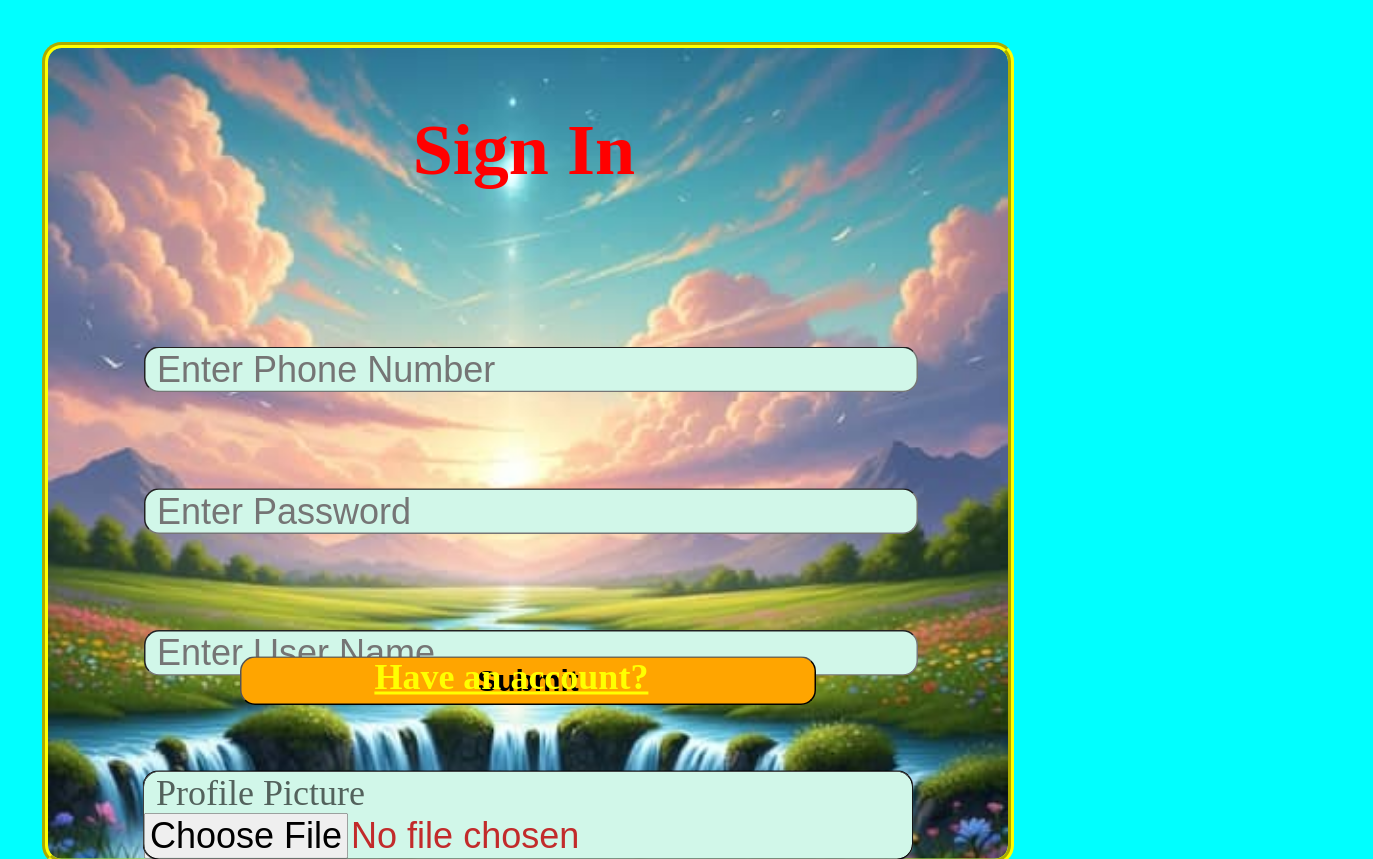
Repository: Amani-Kibet/express-app-web
Page: pages/signup/signIn.html
An editor plug-in stored every save of this project. The page is shown before and after the next save, followed by the edit.
The browser window is 1280 px wide. The page is 1830 px wide, then 1344 px, so the pictures cover 1830 px, including what lies to the right of the window. The pictures show the whole page, at 75% of full size.

Above is the page before, as saved 2025-09-28 18:09:18.

After the next save:
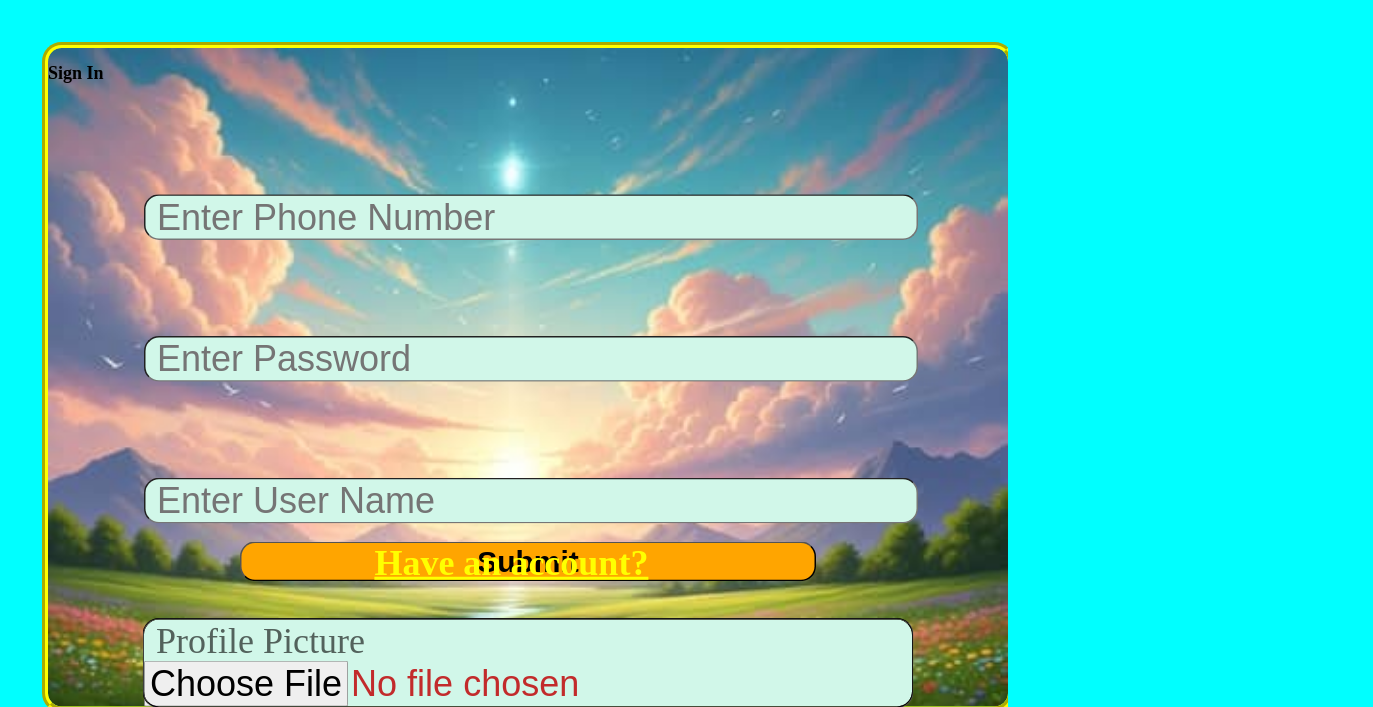
Saved 34 s later.
--- a/pages/signup/signIn.html
+++ b/pages/signup/signIn.html
@@ -17,7 +17,7 @@
     top: 4rem;
     left: 4rem;
   }
-  h2{
+  #container h2{
     color: red;
     position: relative;
     left: 38%;
